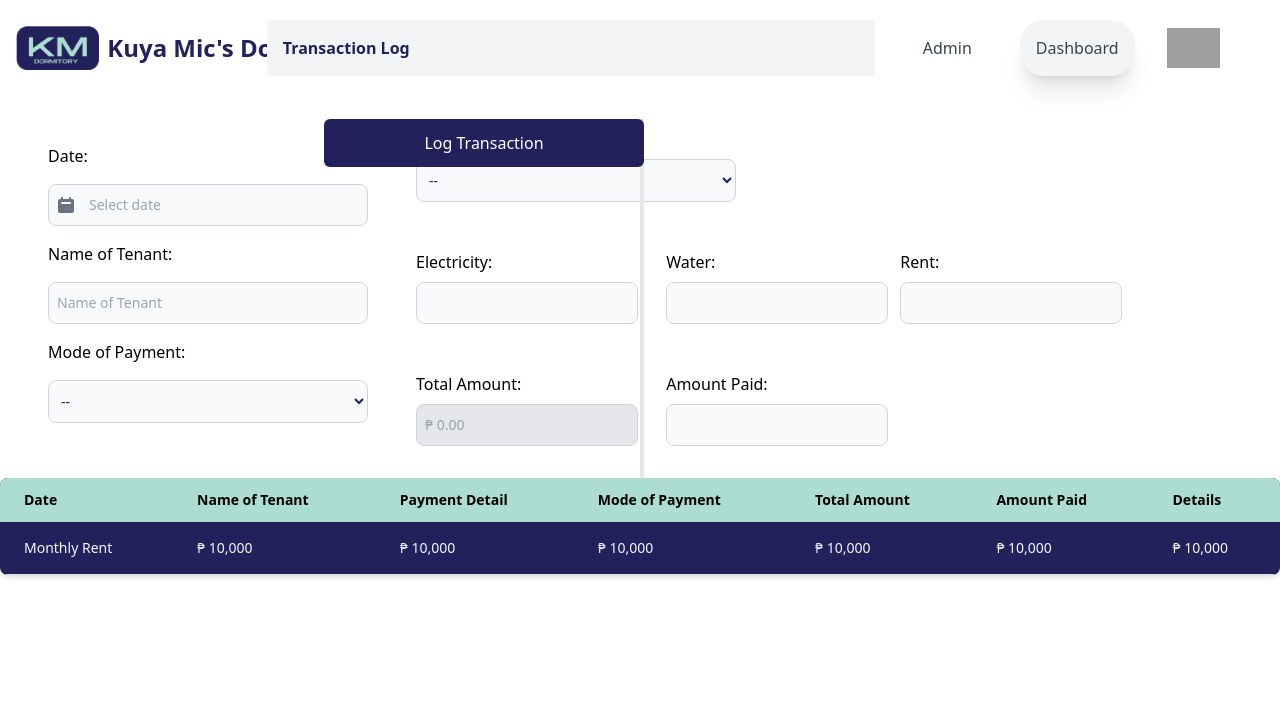
Repository: theamgri/Dormitory-Management-System
Page: paymentactivity.html
The author's editor kept a copy of each file at every save. The page is drawn from the files as they stood at one save, then again after the next save.
The browser window is 1280 px wide. The pictures show the whole page.
Pictures or frames that could not be fetched are drawn as grey boxes. Some web libraries are served in a nearby version.

Above is the page before, as saved 2023-01-11 22:34:20.

### paymentactivity.html
<!DOCTYPE html>
<html lang="en">
<head>
    <script src="https://cdn.tailwindcss.com"></script>
    <script src="https://unpkg.com/flowbite@1.5.5/dist/datepicker.js"></script>
    <meta charset="UTF-8">
    <meta http-equiv="X-UA-Compatible" content="IE=edge">
    <meta name="viewport" content="width=device-width, initial-scale=1.0">
    <link rel="icon" type="image/x-icon" href="/assets/logo.png">
    <title>Payment Activity</title>

    <nav class="bg-white border-gray-200 px-2 sm:px-4 py-1 rounded dark:bg-gray-100">
        <div class="container flex flex-wrap items-center justify-between mx-auto">
          <a href="/" class="flex sm:items-left">
              <img src="/assets/logo.png" class="h-11" alt="KM Logo" />
              <span class="self-center align-middle pl-2 text-2xl font-Montserrat font-bold whitespace-nowrap" style="color: #22215B">Kuya Mic's Dormitory </span>
          </a>

          <button data-collapse-toggle="navbar-default" type="button" class="inline-flex items-center p-2 ml-3 text-sm text-gray-500 rounded-lg md:hidden hover:bg-gray-100 focus:outline-none focus:ring-2 focus:ring-gray-200 dark:text-gray-400 dark:hover:bg-gray-700 dark:focus:ring-gray-600" aria-controls="navbar-default" aria-expanded="false">
          <svg class="w-6 h-6" aria-hidden="true" fill="currentColor" viewBox="0 0 20 20" xmlns="http://www.w3.org/2000/svg"><path fill-rule="evenodd" d="M3 5a1 1 0 011-1h12a1 1 0 110 2H4a1 1 0 01-1-1zM3 10a1 1 0 011-1h12a1 1 0 110 2H4a1 1 0 01-1-1zM3 15a1 1 0 011-1h12a1 1 0 110 2H4a1 1 0 01-1-1z" clip-rule="evenodd"></path></svg>
          </button>
          <div class="hidden w-full md:block md:w-auto" id="navbar-default">

            <ul class="flex flex-col p-4 mt-4 border border-gray-100 rounded-lg md:flex-row md:space-x-8 md:mt-0 md:text-sm md:font-medium md:border-0">

              <li>
                <a href="#" class="block font-bold bg-gray-100 font-Montserrat text-base md:p-4" aria-current="page" style="color: #22215B; margin-left:-38rem;">Transaction Log</a>
              </li>
              <li>
                <a href="index.html" class="block font-Montserrat rounded text-base md:text-gray-700 md:p-4" aria-current="page">Admin</a>
              </li>
              <li>
                <a href="home.html" class="block shadow-xl bg-gray-100 font-Montserrat rounded-3xl text-base md:text-gray-700 md:p-4" aria-current="page">Dashboard</a>
              </li>
              <li>
                <a href="home.html" class="block py-2 pl-0 pr-4" aria-current="page"><img src="https://icones.pro/wp-content/uploads/2021/02/icone-utilisateur-gris.png" class="h-1 mr-3 sm:h-10" alt="KM Logo" /></a>
              </li>
            </ul>
          </div>

        </div>
      </nav>
</head>
<body>

  <div class="relative" style="margin: 3rem; margin-left: 3rem;">
    <h3 style="margin-bottom: 1rem;">Date:</h3>
    <div class="absolute inset-y-0 left-0 items-center pl-2 pointer-events-none" style="padding-top: 3.2rem;">

      <svg aria-hidden="true" class="w-5 h-5 text-gray-500 dark:text-gray-400" fill="currentColor" viewBox="0 0 20 20" xmlns="http://www.w3.org/2000/svg"><path fill-rule="evenodd" d="M6 2a1 1 0 00-1 1v1H4a2 2 0 00-2 2v10a2 2 0 002 2h12a2 2 0 002-2V6a2 2 0 00-2-2h-1V3a1 1 0 10-2 0v1H7V3a1 1 0 00-1-1zm0 5a1 1 0 000 2h8a1 1 0 100-2H6z" clip-rule="evenodd"></path></svg>
    </div>


    <input datepicker type="text" class="bg-gray-50 border border-gray-300 text-gray-900 text-sm rounded-lg focus:ring-blue-500 focus:border-blue-500 block w-80 pl-10 p-2.5 dark:border-gray-600 dark:placeholder-gray-400 dark:text-white dark:focus:ring-blue-500 dark:focus:border-blue-900" placeholder="Select date" style="color: #22215B;";>

  </div>

    <div>
      <div style="margin-left:3rem; margin-top: -2rem;">
      <h3>Name of Tenant:</h3>
      <input type="text" class="bg-gray-50 border border-gray-300 text-gray-900 text-sm rounded-lg focus:ring-blue-500 focus:border-blue-500 block w-80 pl-2 p-2.5 dark:border-gray-600 dark:placeholder-gray-400 dark:text-white dark:focus:ring-blue-500 dark:focus:border-blue-500" style=" margin-top: 1rem; color: #22215B;" placeholder="Name of Tenant">
    </div>
  </div>


    <div style="margin-left:3rem; margin-top: 1rem;">
    <h3>Mode of Payment:</h3>
    <select class="bg-gray-50 border border-gray-300 text-gray-900 text-sm rounded-lg focus:ring-blue-500 focus:border-blue-500 block w-80 pl-2 p-2.5 dark:border-gray-600 dark:placeholder-gray-400 dark:text-white dark:focus:ring-blue-500 dark:focus:border-blue-500" style="color: #22215B; margin-top: 1rem;" placeholder="Mode of Payment">
      <option>--</option>
      <option>Gcash</option>

        <option>Cash-Over the Counter</option>
    </select>
  </div>

<div class="sm:fixed left-1/2 w-1 bg-gray-200" style="margin-top: -19rem; height: 25rem">

  <div class="float-right" style="margin-left: 30rem;">
  <button onclick="location.href='#'" type="submit" class="block mt-0 mb-4 text-white bg-primary-600 focus:ring-4 focus:outline-none focus:ring-primary-300 font-medium rounded-md text-md px-10 py-2.5 sm:text-center" style="background-color:#22215B; height: 3rem; width: 20rem;">Log Transaction</button>
    </div>





  </div>





    <div class="text" style="margin-left:25rem; margin-top: -20rem; padding: 1rem;">

        <h3>Payment Detail:</h3>
        <select class="bg-gray-50 border border-gray-300 text-gray-900 text-sm rounded-lg focus:ring-blue-500 focus:border-blue-500 block w-80 pl-2 p-2.5 dark:border-gray-600 dark:placeholder-gray-400 dark:text-white dark:focus:ring-blue-500 dark:focus:border-blue-500" style="color: #22215B; margin-top: 1rem;" placeholder="Mode of Payment">
          <option>--</option>
          <option>Gcash</option>

            <option>Cash-Over the Counter</option>
        </select>


  </div>


     <div class="inline-block" style="margin-left:25rem; margin-top: 1rem; padding: 1rem;">
        <h3 style="padding-bottom: 0.5rem">Electricity:</h3>
            <input type="text" class="bg-gray-50 border border-gray-300 text-gray-900 text-sm rounded-lg focus:ring-blue-500 focus:border-blue-500 block w-50 pl-2 p-2.5 dark:border-gray-600 dark:placeholder-gray-400 dark:text-white dark:focus:ring-blue-500 dark:focus:border-blue-500" style="color: #22215B;" placeholder="">
    </div>


    <div class="inline-block" style="margin-left:0.5rem; margin-top: 1rem;">
        <h3 style="padding-bottom: 0.5rem">Water:</h3>
            <input type="text" class="bg-gray-50 border border-gray-300 text-gray-900 text-sm rounded-lg focus:ring-blue-500 focus:border-blue-500 block w-50 pl-2 p-2.5 dark:border-gray-600 dark:placeholder-gray-400 dark:text-white dark:focus:ring-blue-500 dark:focus:border-blue-500" style="color: #22215B;" placeholder="">
    </div>


    <div class="inline-block" style="margin-left:0.5rem; margin-top: 1rem;">
        <h3 style="padding-bottom: 0.5rem">Rent:</h3>
            <input type="text" class="bg-gray-50 border border-gray-300 text-gray-900 text-sm rounded-lg focus:ring-blue-500 focus:border-blue-500 block w-50 pl-2 p-2.5 dark:border-gray-600 dark:placeholder-gray-400 dark:text-white dark:focus:ring-blue-500 dark:focus:border-blue-500" style="color: #22215B;" placeholder="">
    </div>


 <div>
    <div class="inline-block" style="margin-left:25rem; margin-top: 1rem; padding: 1rem;">
      <h3 style="padding-bottom: 0.5rem">Total Amount:</h3>
          <input type="text" class="bg-gray-200 border border-gray-300 text-gray-900 text-sm rounded-lg focus:ring-blue-500 focus:border-blue-500 block w-50 pl-2 p-2.5 dark:border-gray-600 dark:placeholder-gray-400 dark:text-white dark:focus:ring-blue-500 dark:focus:border-blue-500" style="color: #22215B;" placeholder="₱ 0.00">
  </div>


  <div class="inline-block" style="margin-left:0.5rem; margin-top: 1rem;">
      <h3 style="padding-bottom: 0.5rem">Amount Paid:</h3>
          <input type="text" class="bg-gray-50 border border-gray-300 text-gray-900 text-sm rounded-lg focus:ring-blue-500 focus:border-blue-500 block w-50 pl-2 p-2.5 dark:border-gray-600 dark:placeholder-gray-400 dark:text-white dark:focus:ring-blue-500 dark:focus:border-blue-500" style="color: #22215B;" placeholder="">

        </div>


</div>
</div>

<div class="mt-4 relative overflow-x-auto shadow-md sm:rounded-lg" style="background-color:#22215B;">
  <table class="w-full text-sm text-left" style="background-color: #ADDDD0">

    <thead class="text-md">


        <tr><th scope="col" class="px-6 py-3">
          Date
    </th>
      <th scope="col" class="px-6 py-3">
          Name of Tenant
      </th>
      <th scope="col" class="px-6 py-3">
        Payment Detail
      </th>
      <th scope="col" class="px-6 py-3">
        Mode of Payment
      </th>
      <th scope="col" class="px-6 py-3">
        Total Amount
      </th>
      <th scope="col" class="px-6 py-3">
        Amount Paid
      </th>
      <th scope="col" class="px-6 py-3">
        Details
      </th>
     </tr>
    </thead>





    <tbody style="background-color:#22215B; color:aliceblue;">
      <tr class="border-b ">
        <th scope="row" class="px-6 py-4 font-medium">
            Monthly Rent
        </th><th scope="row" class="px-6 py-4 font-medium">
          ₱ 10,000
      </th>
    </th><th scope="row" class="px-6 py-4 font-medium">
      ₱ 10,000
  </th>
</th><th scope="row" class="px-6 py-4 font-medium">
  ₱ 10,000
</th>
</th><th scope="row" class="px-6 py-4 font-medium">
  ₱ 10,000
</th>
</th><th scope="row" class="px-6 py-4 font-medium">
  ₱ 10,000
</th>
</th><th scope="row" class="px-6 py-4 font-medium">
  ₱ 10,000
</th>
    </tr>




</tr>


      </tbody>

  </table>

</div>






</body>
</html>

After the next save:
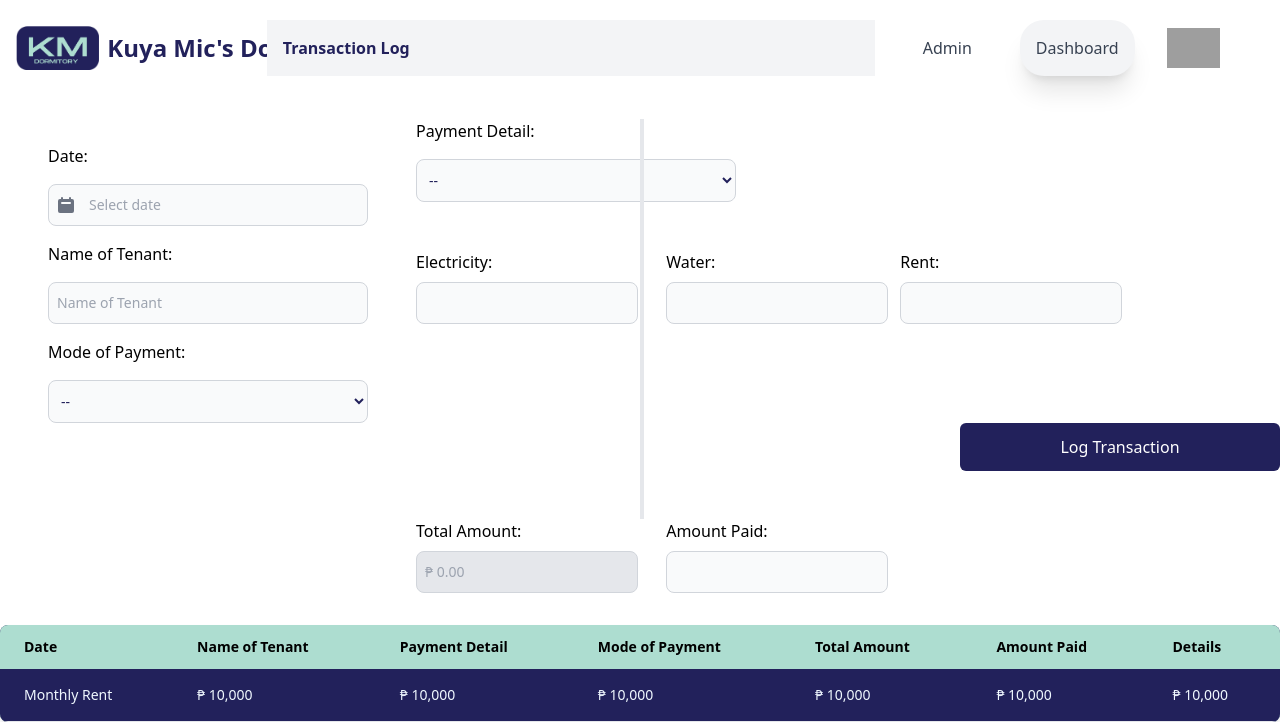
Saved 97 s later.
--- a/paymentactivity.html
+++ b/paymentactivity.html
@@ -73,19 +73,11 @@
     </select>
   </div>
 
-<div class="sm:fixed left-1/2 w-1 bg-gray-200" style="margin-top: -19rem; height: 25rem">
+<div class="sm:fixed left-1/2 w-1 bg-gray-200" style="margin-top: -19rem; height: 25rem"></div>
 
   <div class="float-right" style="margin-left: 30rem;">
-  <button onclick="location.href='#'" type="submit" class="block mt-0 mb-4 text-white bg-primary-600 focus:ring-4 focus:outline-none focus:ring-primary-300 font-medium rounded-md text-md px-10 py-2.5 sm:text-center" style="background-color:#22215B; height: 3rem; width: 20rem;">Log Transaction</button>
-    </div>
-
-
-
-
-
-  </div>
-
-
+    <button onclick="location.href='#'" type="submit" class="block mt-0 mb-4 text-white bg-primary-600 focus:ring-4 focus:outline-none focus:ring-primary-300 font-medium rounded-md text-md px-10 py-2.5 sm:text-center" style="background-color:#22215B; height: 3rem; width: 20rem;">Log Transaction</button>
+      </div>
 
 
 
